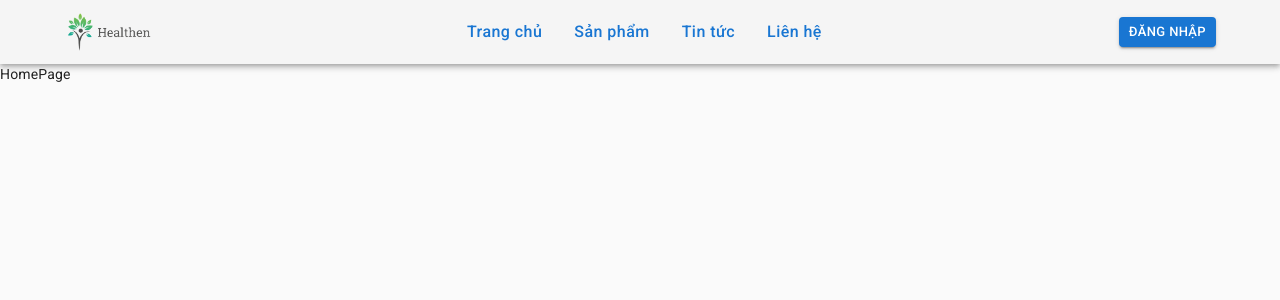
Repository: ndtrung341/Bao_Cao_PTW
Page: / (app in client/)
An editor plug-in stored every save of this project. The page is shown before and after the next save, followed by the edit.
The browser window is 1280 px wide. The pictures show the whole page.
The project was rebuilt for these pictures with package versions that can differ from the ones it lists, and the page was loaded fresh each time. Also part of the build but not shown: client/src/App.css, client/src/features/cart/index.jsx.

Above is the page before, as saved 2022-03-24 14:56:33.

After the next save:
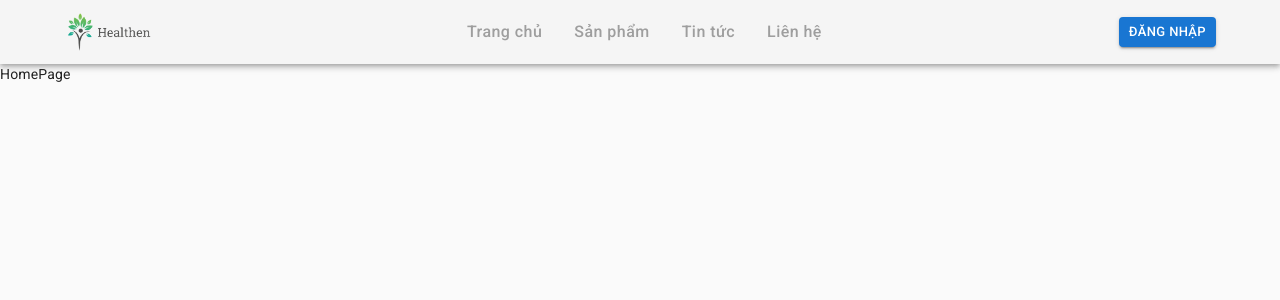
Saved 83 s later.
--- a/client/src/components/Header/HeaderMenu.jsx
+++ b/client/src/components/Header/HeaderMenu.jsx
@@ -16,7 +16,7 @@
       },
    },
    link: {
-      color: 'inherit',
+      color: theme.palette.grey[500],
       textTransform: 'none',
       textDecoration: 'none',
    },
